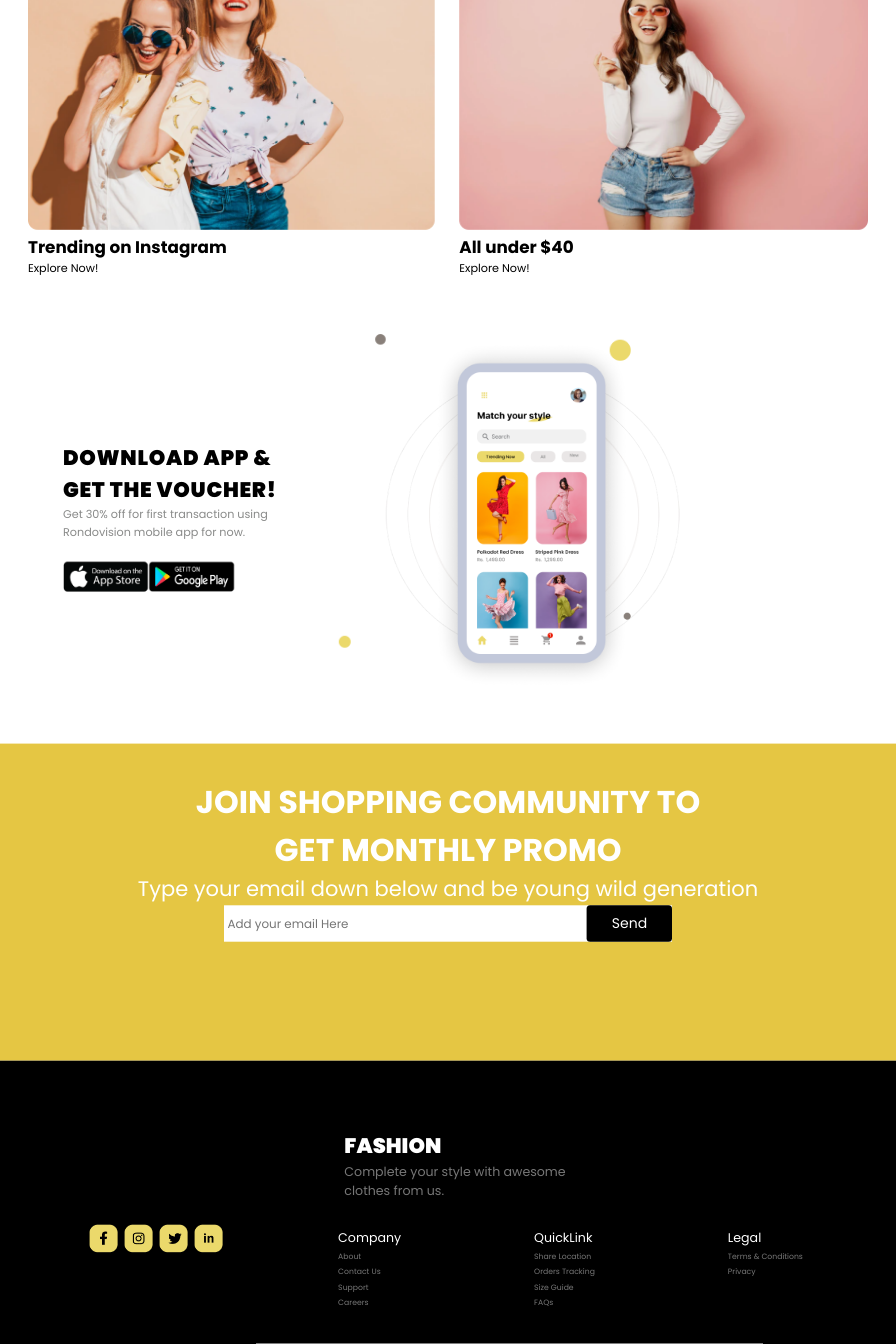
Repository: isaacCodes1/FashionWebsite
Page: index.html
These files come from the project's save history. The page is drawn as it stood at one moment and after the next save; the edit follows.
The browser window is 1280 px wide. The pictures show the part of the page from y = 2505 to 4425 px (the page is 4425 px tall), at 70% of full size.

Above is the page before, as saved 2024-03-14 10:46:56.

After the next save:
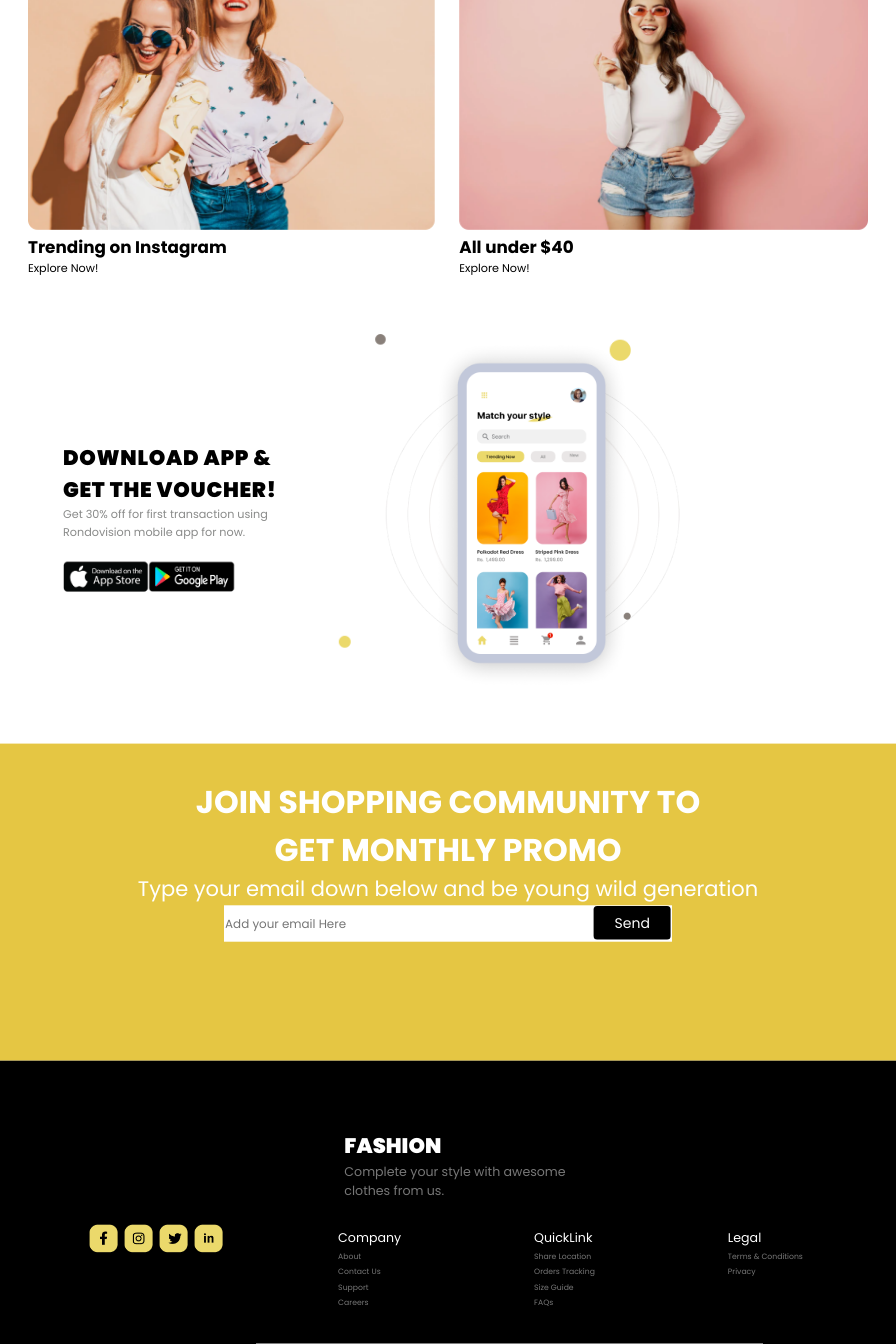
Saved 8 s later.
--- a/style.css
+++ b/style.css
@@ -487,13 +487,11 @@
 .input {
   background: #fff;
   width: 50%;
-  display: flex;
-  /* justify-content: space-between; */
 }
 .input input {
   background: none;
   border: 0;
-  padding: 13px 0px 13px 5px;
+  padding: 13px 0px 13px 0px;
   width: 81%;
   font-size: 17px;
   outline: 0;
